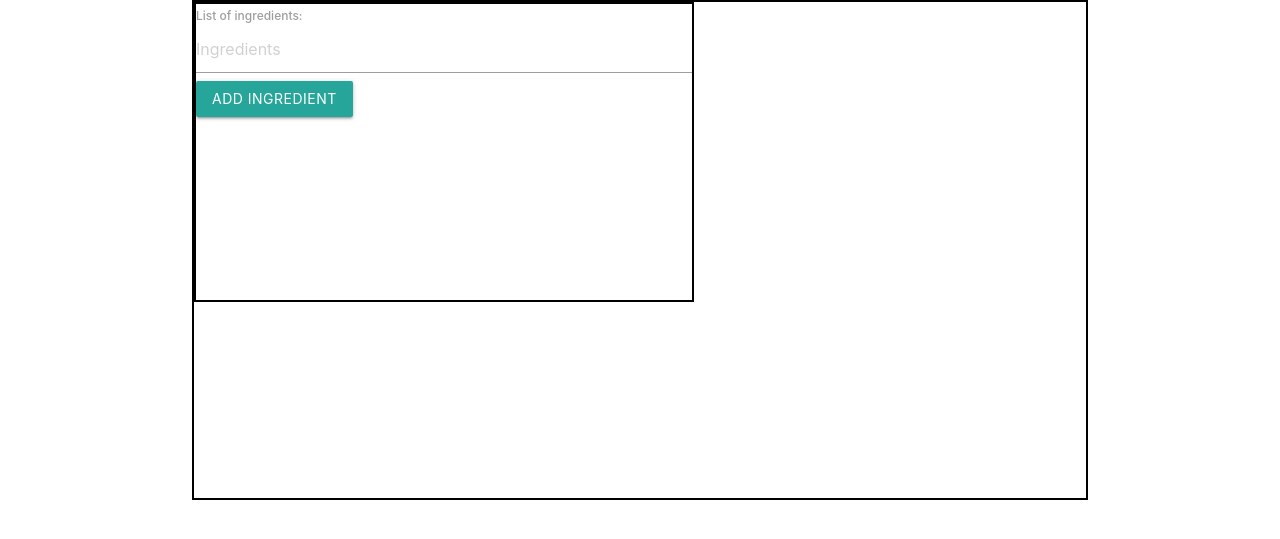
Repository: Aaron-R-Carter/Project1
Page: prototype.html
An editor plug-in stored every save of this project. The page is shown before and after the next save, followed by the edit.
The browser window is 1280 px wide. The pictures show the whole page.

Above is the page before, as saved 2019-10-31 20:54:54.
Console error: SyntaxError: Unexpected token '<'

### prototype.html
<!DOCTYPE html>
<html>

<head>
    <!--Import Google Icon Font-->
    <link href="https://fonts.googleapis.com/icon?family=Material+Icons" rel="stylesheet">
    <!--Import materialize.css-->
    <link rel="stylesheet" href="https://cdnjs.cloudflare.com/ajax/libs/materialize/1.0.0/css/materialize.min.css">
    <link rel="stylesheet" href="./prototype.css">
    <!--Let browser know website is optimized for mobile-->
    <meta name="viewport" content="width=device-width, initial-scale=1.0" />

</head>

<body>

    <div class="container">
        <div id="form-page">
        <form id="ingredient-form">
            <strong><label for="ingredient-input">List of ingredients:</label></strong>
            <br>
            <input type="text" id="ingredient-input" placeholder="Ingredients">

            <!-- Button will trigger new ingredient to be added -->
            <input id="add " class="btn btn-primary mb-2" type="submit" value="add ingredient">
        </form>

        <div id="ingredient-view-button"></div>
        </div>
    </div>



    <script src="https://code.jquery.com/jquery-3.4.1.min.js"
        integrity="sha256-CSXorXvZcTkaix6Yvo6HppcZGetbYMGWSFlBw8HfCJo=" crossorigin="anonymous"></script>
    <script src="https://cdnjs.cloudflare.com/ajax/libs/materialize/1.0.0/js/materialize.min.js"></script>
    <script src="./script.js"></script>

</body>

</html>

### prototype.css
#form-page {
    width: 100%;
    height: 500px;
    border: 2px solid black;
}

#ingredient-form {
    width: 500px;
    height: 300px;
    border: 2px solid black;
}

### script.js

    <div id="left-box">
    <form id="ingredient-form">
        <label for="ingredient-input">List of Ingredients:</label>
        <br>
        <input type="text" id="ingredient-input" placeholder="Ingredients">

        <!-- Button will trigger new ingredients to be added -->
        <input id="add " class="btn btn-primary mb-2" type="submit" value="Add a zipcode">
    </form>

    <div id="zipcode-view"></div>
</div>

After the next save:
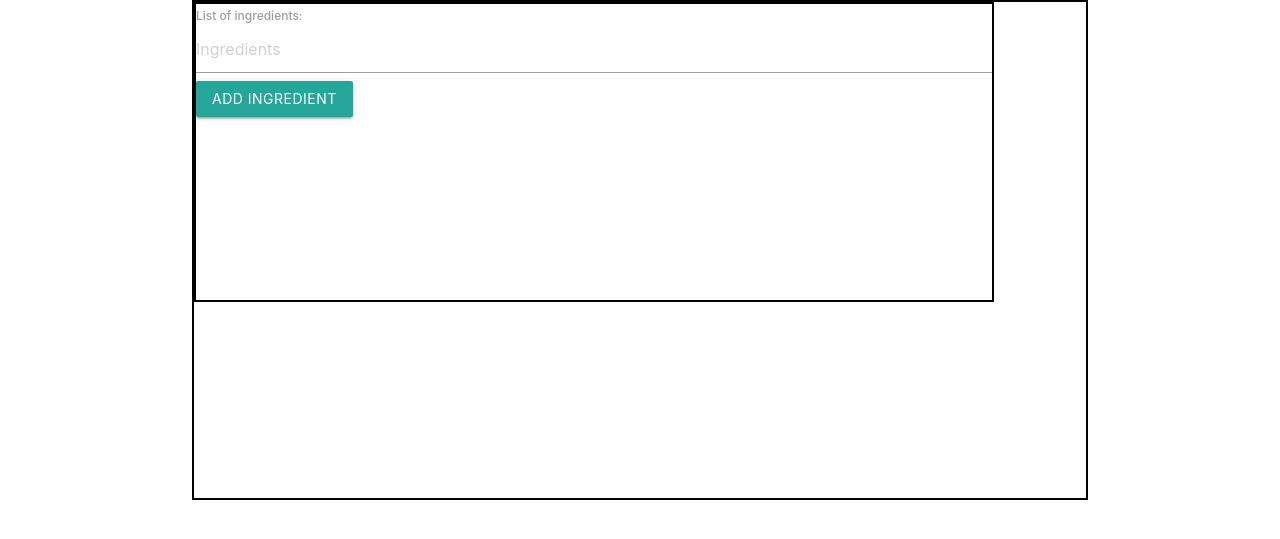
Saved 14 s later.
--- a/prototype.css
+++ b/prototype.css
@@ -5,7 +5,7 @@
 }
 
 #ingredient-form {
-    width: 500px;
+    width: 800px;
     height: 300px;
     border: 2px solid black;
 }
